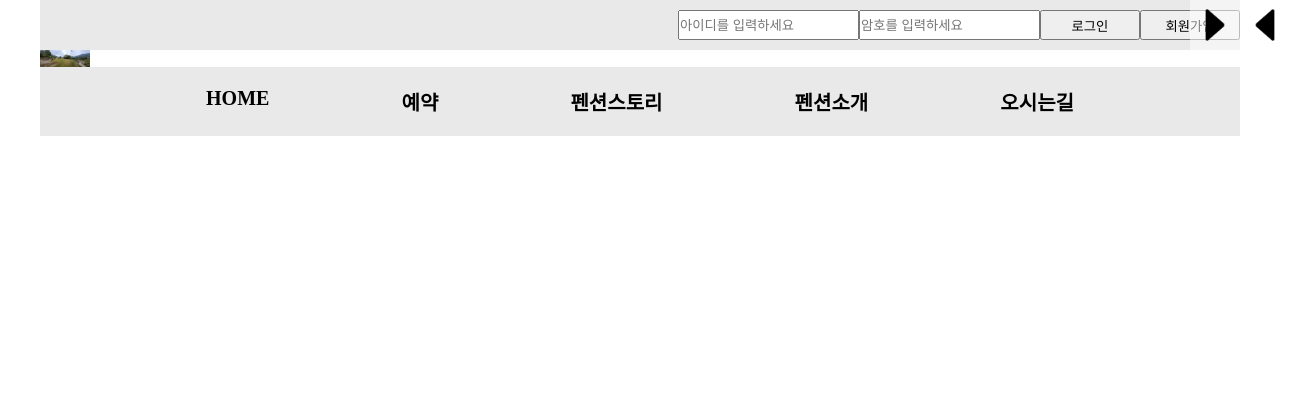
Repository: cdnwell/Jsp
Page: http://localhost/total/
An editor plug-in stored every save of this project. The page is shown before and after the next save, followed by the edit.
The browser window is 1280 px wide. The page is 1290 px wide, so the pictures cover 1290 px, including what lies to the right of the window. The pictures show the whole page.
The page is served by Tomcat 9.

Above is the page before, as saved 2022-06-30 06:47:34.

After the next save:
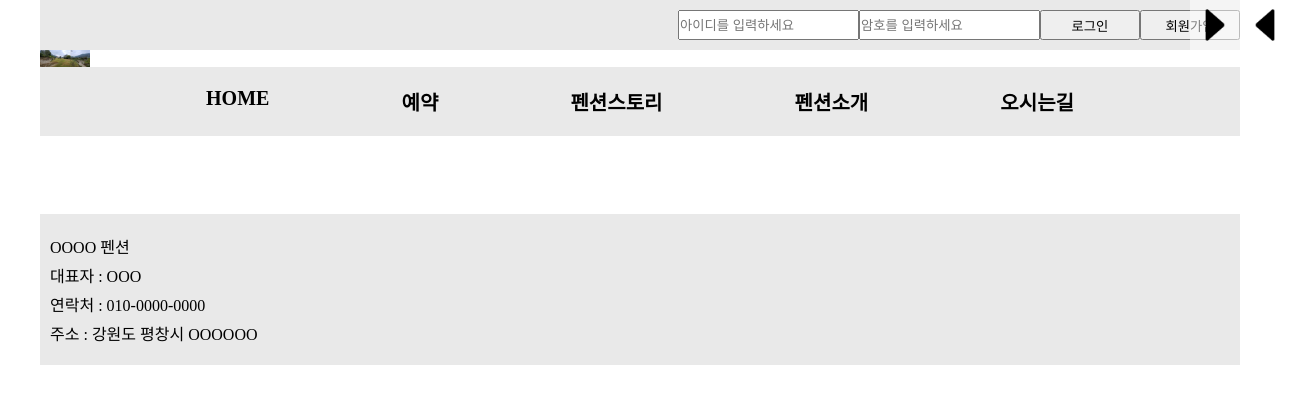
Saved 45 s later.
--- a/total/src/main/webapp/template/pfooter.jsp
+++ b/total/src/main/webapp/template/pfooter.jsp
@@ -1,5 +1,19 @@
 <%@ page language="java" contentType="text/html; charset=UTF-8"
     pageEncoding="UTF-8"%>
+    <style>
+footer {
+	margin-top: 50px;
+	padding: 15px 10px;
+	font-size: 16px;
+	background-color: #e9e9e9;
+}
+footer ul {
+	list-style-type: none;
+}
+footer ul li {
+	margin: 5px 0px;
+}
+</style>
 <footer>
       <ul>
          <li>OOOO 펜션</li>
